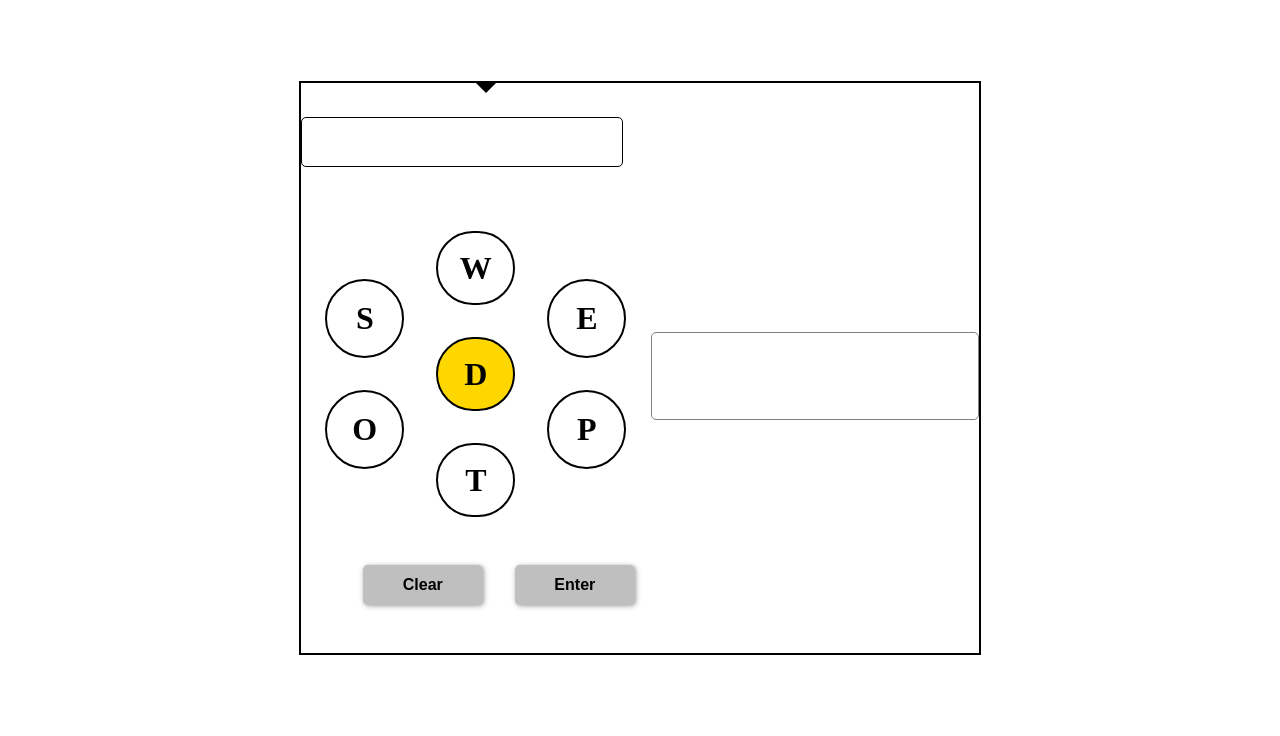
Repository: wellgordon/spelling-bee-clone
Page: /game
These files come from the project's save history. The page is drawn as it stood at one moment and after the next save; the edit follows.
The browser window is 1280 px wide. The pictures show the whole page.
The project was rebuilt for these pictures with package versions that can differ from the ones it lists, and the page was loaded fresh each time. Also part of the build but not shown: src/index.css, src/components/Home.tsx.

Above is the page before, as saved 2022-01-28 18:50:41.

### src/App.tsx
import React from 'react';
import Game from './components/Game';
import { BrowserRouter as Router, Route, Routes } from 'react-router-dom';
import Home from './components/Home';

const App = () => {
  return (
    <Router>
      <Routes>
        <Route path="/" element={<Home />} />
        <Route path="/game" element={<Game />} />
      </Routes>
    </Router>
  );
};

export default App;

### src/components/Game.tsx
import React, { useState } from 'react';
import { words } from '../constants/words';
import GameUI from './GameUI';

const Game = () => {
  const [bufferText, setBufferText] = useState('');
  const [isSpecialLetter, setIsSpecialLetter] = useState(false);
  const [foundWords, setFoundWords] = useState<string[]>([]);

  const handleClick = (e: any) => {
    if (bufferText.length > 10) {
      setBufferText('Too Long!');
      setTimeout(() => {
        setBufferText('');
      }, 500);
    } else {
      setBufferText((prev) => prev + e.target.innerText);
    }
  };

  const handleCenterClick = (e: string) => {
    setIsSpecialLetter(true);
    handleClick(e);
  };

  const handleClear = () => {
    setBufferText('');
  };

  const handleSubmit = () => {
    if (bufferText.length < 4) {
      setBufferText('Too short!');
      setIsSpecialLetter(false);
      setTimeout(() => {
        setBufferText('');
      }, 500);
    } else if (!isSpecialLetter) {
      setBufferText('Need to use letter of the day!');
      setTimeout(() => {
        setBufferText('');
      }, 500);
    } else if (foundWords?.includes(bufferText)) {
      setBufferText('Oops, already got that one!');
      setIsSpecialLetter(false);
      setTimeout(() => {
        setBufferText('');
      }, 500);
    } else {
      if (words.includes(bufferText.toLowerCase())) {
        setFoundWords((prev) => [...prev, bufferText]);
        setIsSpecialLetter(false);
        setBufferText('');
      } else {
        setBufferText('Sorry, not a word...');
        setIsSpecialLetter(false);
        setTimeout(() => {
          setBufferText('');
        }, 500);
      }
    }
  };

  return (
    <GameUI
      handleClick={handleClick}
      handleCenterClick={handleCenterClick}
      bufferText={bufferText}
      handleClear={handleClear}
      handleSubmit={handleSubmit}
      foundWords={foundWords}
    />
  );
};

export default Game;

### src/constants/words.ts
export const words = [
  'depot',
  'depots',
  'despot',
  'dews',
  'does',
  'doest',
  'dope',
  'dopes',
  'dose',
  'dote',
  'dotes',
  'dots',
  'dowse',
  'dowset',
  'odes',
  'opted',
  'opts',
  'owed',
  'owes',
  'peso',
  'pest',
  'pesto',
  'pets',
  'pews',
  'pods',
  'poet',
  'poets',
  'pose',
  'posed',
  'post',
  'posted',
  'pots',
  'sowed',
  'sped',
  'spot',
  'step',
  'stew',
  'stop',
  'stow',
  'stowed',
  'swept',
  'swop',
  'swopt',
  'toed',
  'toes',
  'tops',
  'towed',
  'tows',
  'twos',
  'weds',
  'wept',
  'west',
  'wets',
  'woes',
];

const wordLists = [
  {
    letters: ['D', 'O', 'W', 'A', 'P', 'L', 'K'],
    words: [
      'dawk',
      'walk',
      'pawl',
      'plow',
      'kola',
      'plod',
      'wold',
      'alow',
      'apod',
      'awol',
      'dopa',
      'opal',
      'woad',
      'load',
      'polka',
      'waldo',
      'woald',
    ],
  },
  {
    letters: ['E', 'V', 'L', 'A', 'W', 'R', 'G'],
    words: [
      'gravel',
      'argle',
      'gavel',
      'glare',
      'grave',
      'lager',
      'large',
      'laver',
      'ravel',
      'regal',
      'velar',
      'wager',
      'waler',
      'waver',
      'ager',
      'areg',
      'aver',
      'earl',
      'egal',
      'gale',
      'gave',
      'gear',
      'grew',
      'lave',
      'lear',
      'leva',
      'rage',
      'rale',
      'rave',
      'real',
      'vale',
      'veal',
      'vega',
      'vela',
      'vera',
      'wage',
      'wale',
      'ware',
      'wave',
      'weal',
      'wear',
    ],
  },
];

### src/components/GameUI.tsx
import React, { useState } from 'react';
import Game from './Game';
import {
  MainContainer,
  SubContainer,
  Accordion,
  FoundText,
  TriangleUp,
  TriangleDown,
  InputText,
  SideColumn,
  Circle,
  CenterColumn,
  CenterCircle,
  ButtonContainer,
  Button,
  GameContainer,
  LeftSide,
} from './styled/Styles';

type Props = {
  handleClick: (e: any) => void;
  handleCenterClick: (e: any) => void;
  handleSubmit: () => void;
  handleClear: () => void;
  bufferText?: string;
  foundWords?: string[];
};

const GameUI = ({
  handleClick,
  handleCenterClick,
  bufferText,
  handleSubmit,
  handleClear,
  foundWords,
}: Props) => {
  const [open, setOpen] = useState(false);
  const [accordion, setAccordion] = useState('');

  function toggle() {
    if (open) {
      setOpen(false);
      setAccordion('');
    } else {
      setOpen(true);
      setAccordion('found-word-box');
    }
  }

  return (
    <>
      <MainContainer>
        <SubContainer>
          <LeftSide>
            <span onClick={toggle}>
              {open === true ? <TriangleUp /> : <TriangleDown />}
            </span>
            <InputText>{bufferText}</InputText>
            <GameContainer>
              <SideColumn>
                <Circle onClick={handleClick}>S</Circle>
                <Circle onClick={handleClick}>O</Circle>
              </SideColumn>
              <CenterColumn>
                <Circle onClick={handleClick}>W</Circle>
                <CenterCircle onClick={handleCenterClick}>D</CenterCircle>
                <Circle onClick={handleClick}>T</Circle>
              </CenterColumn>
              <SideColumn>
                <Circle onClick={handleClick}>E</Circle>
                <Circle onClick={handleClick}>P</Circle>
              </SideColumn>
            </GameContainer>
            <ButtonContainer>
              <Button onClick={handleClear}>Clear</Button>
              <Button onClick={handleSubmit}>Enter</Button>
            </ButtonContainer>
          </LeftSide>
          <Accordion className={accordion}>
            {open === false
              ? foundWords
                  ?.filter((word: string, index: number) => index < 5)
                  .map((word: string) => {
                    return <FoundText>{`${word}, `}</FoundText>;
                  })
              : foundWords?.map((word: string) => {
                  return <FoundText>{`${word}, `}</FoundText>;
                })}
          </Accordion>
        </SubContainer>
      </MainContainer>
    </>
  );
};

export default GameUI;

### src/components/styled/Styles.ts
import styled from 'styled-components';

export const MainContainer = styled.div`
  height: 100vh;
  width: 100%;
  display: flex;
  margin: 0 auto;
  align-items: center;
  justify-content: center;
`;

export const SubContainer = styled.div`
  display: flex;
  width: full;
  align-items: center;
  justify-content: center;
  flex-flow: row;
  border: 2px solid black;
`;

export const GameContainer = styled.div`
  width: 350px;
  height: 350px;
  display: flex;
  flex-flow: row nowrap;
  justify-content: center;
`;

export const Column = styled.div`
  display: flex;
  flex-flow: column nowrap;
  align-items: center;
  justify-content: space-around;
`;

export const SideColumn = styled(Column)`
  margin: 4rem 0;
`;

export const CenterColumn = styled(Column)`
  margin: 1rem 0;
`;

export const Circle = styled.div`
  width: 75px;
  height: 75px;
  border-radius: 50px;
  border: 2px solid black;
  display: flex;
  align-items: center;
  justify-content: center;
  font-size: 2rem;
  font-weight: bold;
  margin: 1rem;

  &:hover {
    cursor: pointer;
  }
`;

export const CenterCircle = styled(Circle)`
  background: gold;
`;

export const InputText = styled.p`
  margin-bottom: 2rem;
  height: 3rem;
  width: 20rem;
  border: 1px solid black;
  border-radius: 5px;
  font-size: 1.5rem;
  font-weight: bold;
  text-align: center;
`;

export const FoundText = styled.p`
  margin-left: 0.3rem;
`;

export const TriangleDown = styled.div`
  width: 0;
  height: 0;
  border-left: 10px solid transparent;
  border-right: 10px solid transparent;

  border-top: 10px solid black;
  position: relative;
  left: 50%;
  bottom: 100%;

  &:hover {
    cursor: pointer;
    border-top: 10px solid gray;
  }
`;

export const TriangleUp = styled.div`
  width: 0;
  height: 0;
  border-left: 10px solid transparent;
  border-right: 10px solid transparent;

  border-bottom: 10px solid black;
  position: relative;
  left: 50%;
  bottom: 100%;

  &:hover {
    cursor: pointer;
    border-bottom: 10px solid gray;
  }
`;

export const Button = styled.button`
  text-decoration: none;
  background-color: #bfbfbf;
  border: none;
  border-radius: 5px;
  margin: 1rem;
  font-weight: bold;
  font-size: 16px;
  height: 2.5rem;
  width: 7.5rem;
  box-shadow: 1px 1px 5px 0px rgba(156, 156, 156, 156);

  &:hover {
    cursor: pointer;
    background-color: #808080;
  }
`;
export const ButtonContainer = styled.div`
  display: flex;
  flex-flow: row wrap;
  align-items; flex-start;
  justify-content: flex-end;
  margin-bottom: 2rem;
`;

export const Accordion = styled.div`
  height: 5rem;
  width: 20rem;
  padding: 0.2rem;
  margin-top: 1rem;
  display: flex;
  flex-flow: row wrap;
  justify-content: flex-start;
  align-content: flex-start;
  font-weight: bold;
  border: 1px solid gray;
  border-radius: 5px;
`;

export const LeftSide = styled.div`
  display: flex;
  flex-flow: column;
`;

Loaded but not shown: public/index.html (common file); src/index.js (common file); src/reportWebVitals.js (common file)

After the next save:
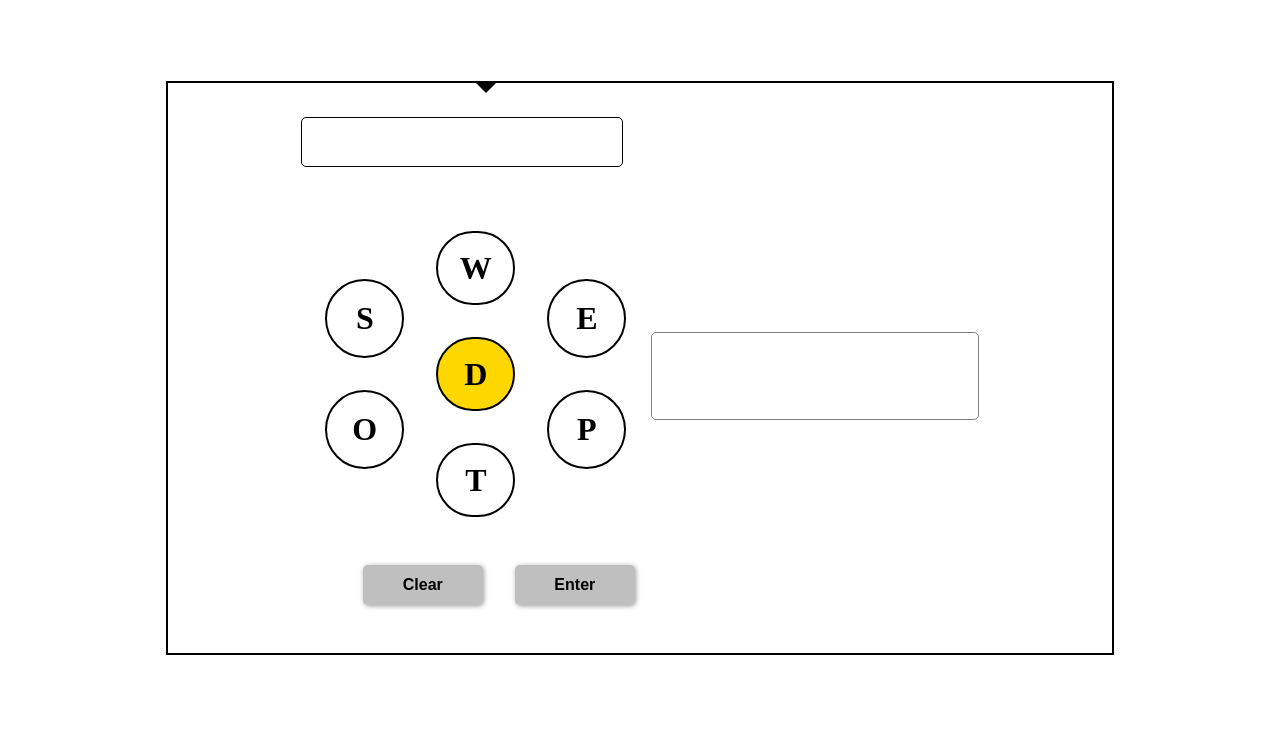
Saved 11 s later.
--- a/src/components/styled/Styles.ts
+++ b/src/components/styled/Styles.ts
@@ -2,7 +2,7 @@ import styled from 'styled-components';
 
 export const MainContainer = styled.div`
   height: 100vh;
-  width: 100%;
+  width: 75%;
   display: flex;
   margin: 0 auto;
   align-items: center;
@@ -11,7 +11,7 @@ export const MainContainer = styled.div`
 
 export const SubContainer = styled.div`
   display: flex;
-  width: full;
+  width: 100%;
   align-items: center;
   justify-content: center;
   flex-flow: row;
